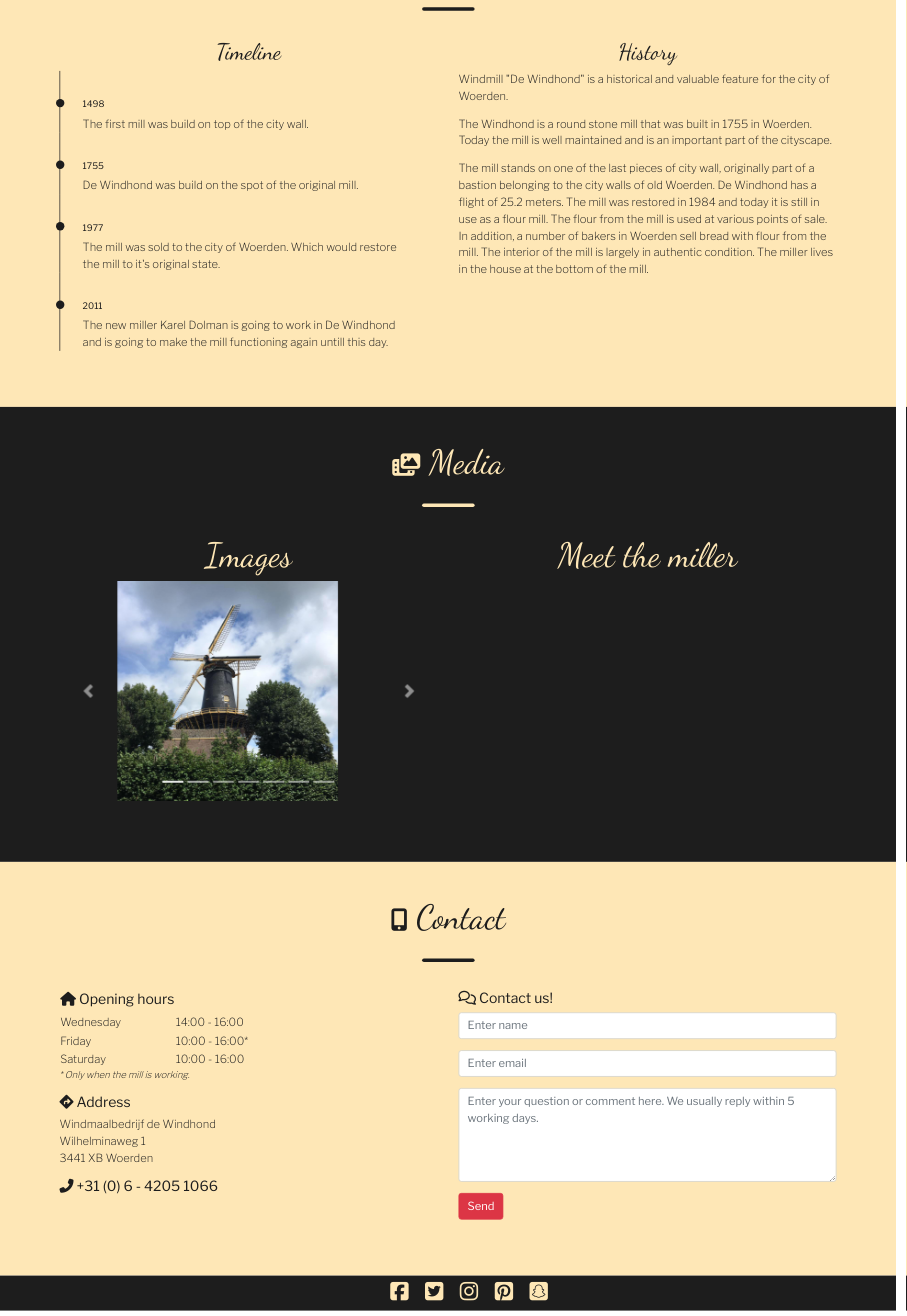
Repository: jdl208/DeWindhond
Page: index.html
The author's editor kept a record of every edit. The page is drawn from the files as they stood at one moment, then again after the next edit.
The browser window is 1280 px wide. The page is 1295 px wide, so the pictures cover 1295 px, including what lies to the right of the window. The pictures show the part of the page from y = 775 to 2655 px (the page is 2655 px tall), at 70% of full size.
Pictures or frames that could not be fetched are drawn as grey boxes. Some web libraries are served in a nearby version.

Above is the page before.

After the next edit:
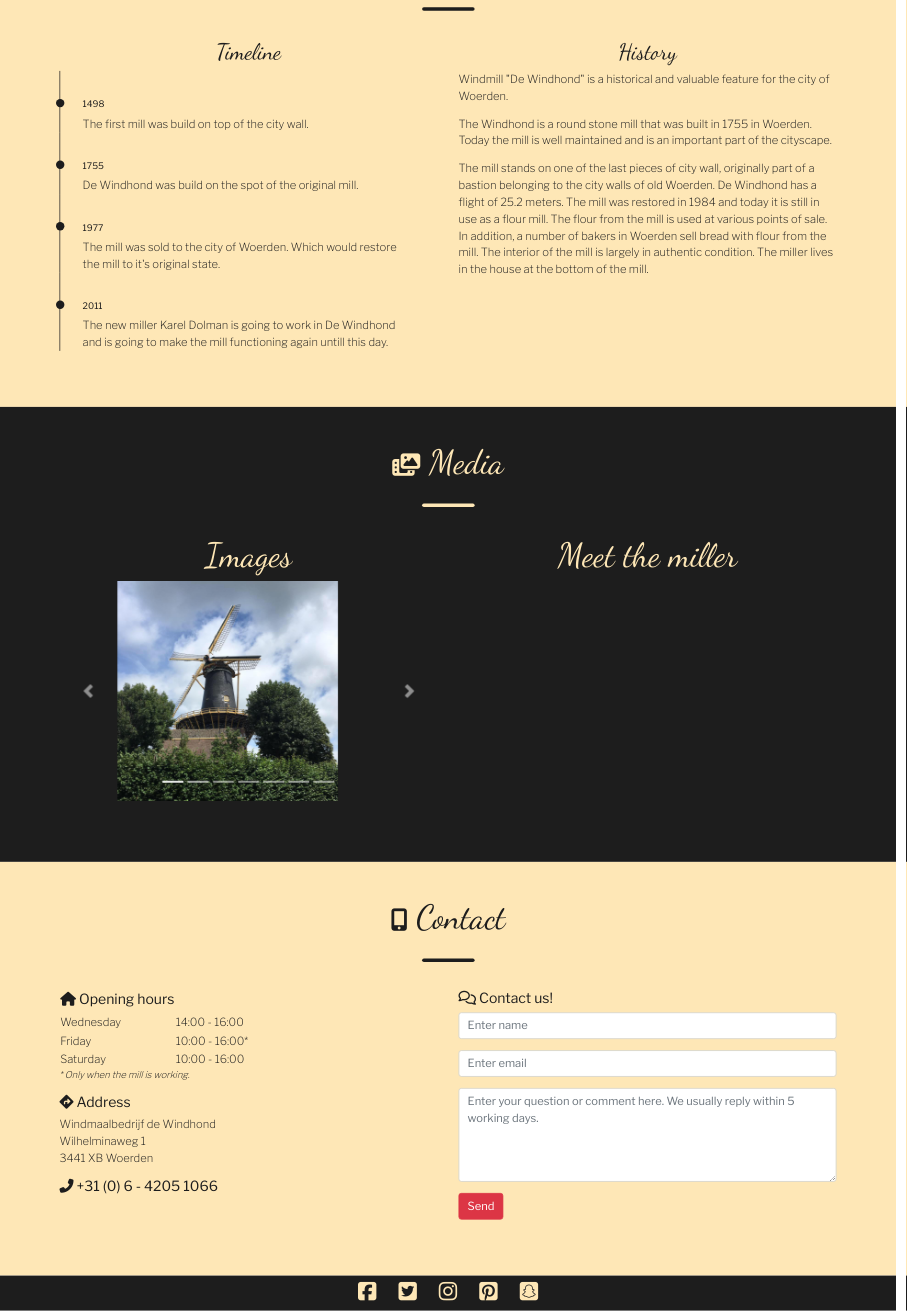
The edit:
--- a/index.html
+++ b/index.html
@@ -201,12 +201,12 @@
     <footer class="dark-bg">
         <div class="row footer">
             <div class="col-12">
-                <ul class="footerlist">
-                    <li class="list-item-footer"><a class="light-link" href="https://www.facebook.com/windmaalbedrijfdewindhond?pnref=story"><i class="fab fa-facebook-square"></i></a></li>
-                    <li class="list-item-footer"><a class="light-link" href="#"><i class="fab fa-twitter-square"></i></a></li>
-                    <li class="list-item-footer"><a class="light-link" href="#"><i class="fab fa-instagram"></i></a></li>
-                    <li class="list-item-footer"><a class="light-link" href="#"><i class="fab fa-pinterest-square"></i></a></li>
-                    <li class="list-item-footer"><a class="light-link" href="#"><i class="fab fa-snapchat-square"></i></a></li>
+                <ul class="list-inline">
+                    <li class="list-inline-item"><a class="light-link" href="https://www.facebook.com/windmaalbedrijfdewindhond?pnref=story"><i class="fab fa-facebook-square"></i></a></li>
+                    <li class="list-inline-item list-item-footer"><a class="light-link" href="#"><i class="fab fa-twitter-square"></i></a></li>
+                    <li class="list-inline-item list-item-footer"><a class="light-link" href="#"><i class="fab fa-instagram"></i></a></li>
+                    <li class="list-inline-item list-item-footer"><a class="light-link" href="#"><i class="fab fa-pinterest-square"></i></a></li>
+                    <li class="list-inline-item list-item-footer"><a class="light-link" href="#"><i class="fab fa-snapchat-square"></i></a></li>
                 </ul>
             </div>
         </div>
